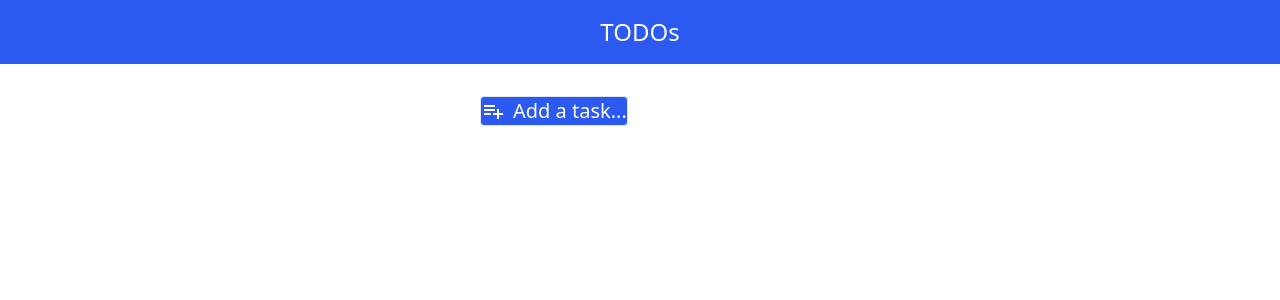
Repository: Jay-JYKim91/wanted-pre-onboarding-challenge-fe-1
Page: /
These files come from the project's save history. The page is drawn as it stood at one moment and after the next save; the edit follows.
The browser window is 1280 px wide. The pictures show the whole page.
The project was rebuilt for these pictures with package versions that can differ from the ones it lists, and the page was loaded fresh each time. Also part of the build but not shown: src/page/Auth.tsx.

Above is the page before, as saved 2022-08-01 22:15:20.

After the next save:
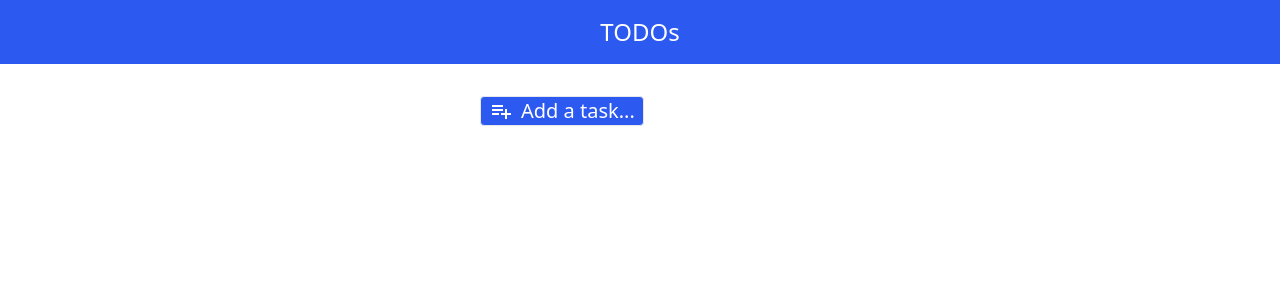
Saved 8 s later.
--- a/src/page/Main.tsx
+++ b/src/page/Main.tsx
@@ -6,7 +6,7 @@ function Main() {
     <div className="max-w-xs mx-auto my-8">
       <button
         type="button"
-        className="flex items-center border rounded bg-primary-900 text-white"
+        className="flex items-center border rounded bg-primary-900 text-white px-2"
       >
         <MdPlaylistAdd className="mr-2 text-2xl" />
         <span className="text-xl">Add a task...</span>
